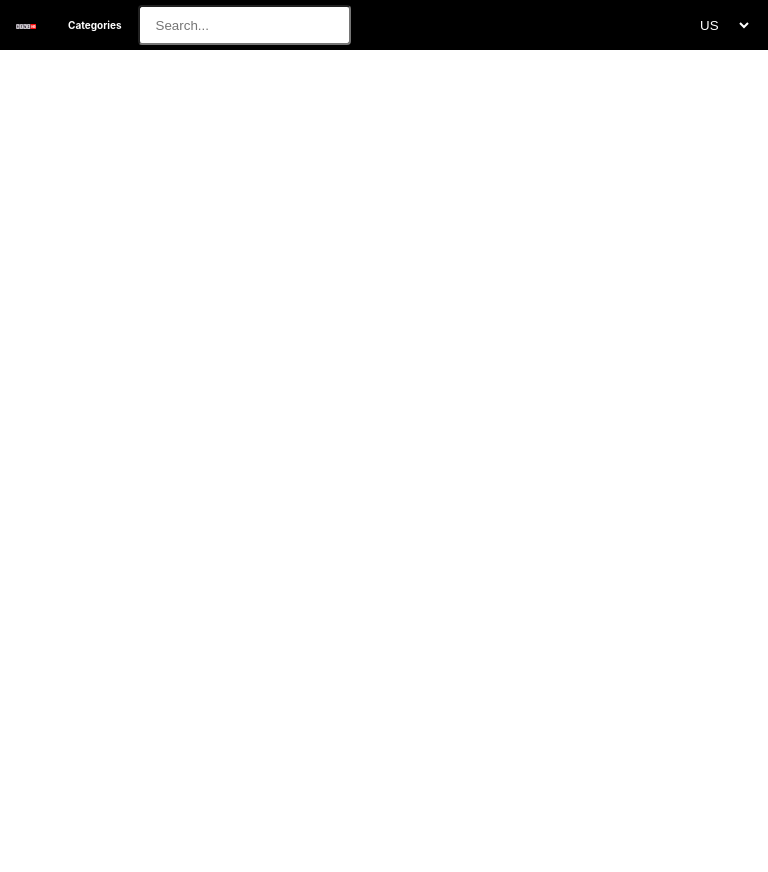
Repository: majakesin/top-news
Page: /
The author's editor kept a copy of each file at every save. The page is drawn from the files as they stood at one save, then again after the next save.
The browser window is 768 px wide. The pictures show the whole page.
The page's requests for data from a server got no answer. The project was rebuilt for these pictures with package versions that can differ from the ones it lists, and the page was loaded fresh each time. No one was signed in, and anything a server would have sent is missing. Also part of the build but not shown: src/components/NewsCard/index.js, src/pages/ErrorPage/index.js, src/pages/Categories/index.js.

Above is the page before, as saved 2023-11-30 11:58:28.

After the next save:
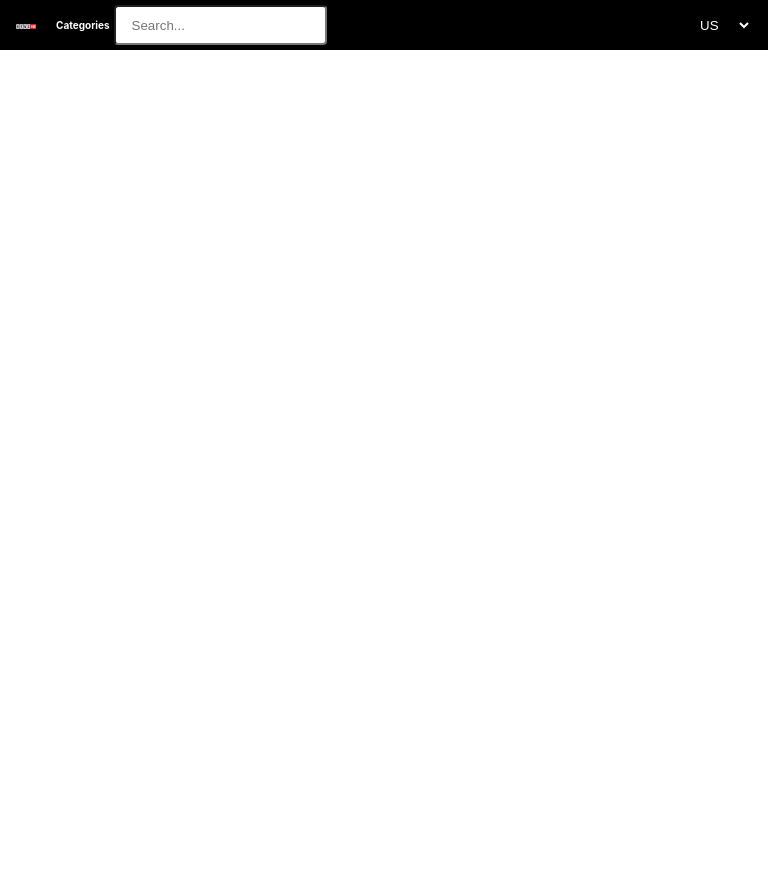
Saved 27 s later.
--- a/src/layout/Header/index.module.css
+++ b/src/layout/Header/index.module.css
@@ -39,6 +39,10 @@
     align-self: center;
     padding: 8px 16px;
     font-weight: bold;
+
+    @media (max-width:768px)  {
+        padding: 2px 4px;
+    }
 }
 
 .link:hover{
